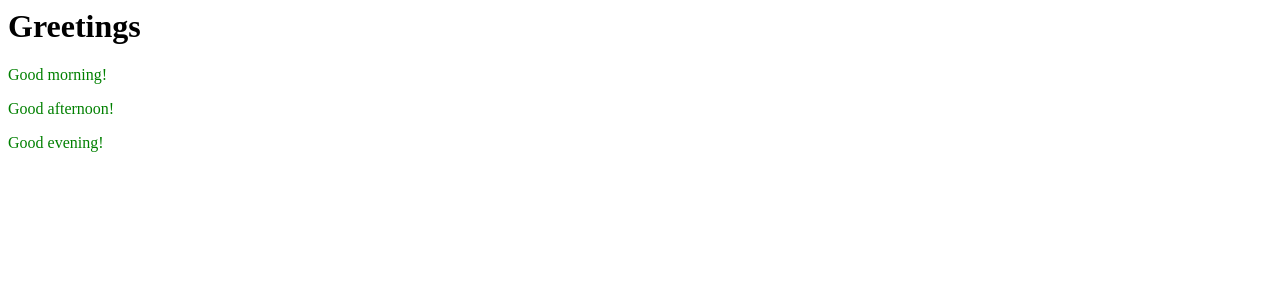
Repository: erinakatagiri/gomi
Page: test.html
The author's editor kept a record of every edit. The page is drawn from the files as they stood at one moment, then again after the next edit.
The browser window is 1280 px wide. The pictures show the whole page.

Above is the page before.

### test.html
<html>
<body>
<h1>Greetings</h1>

  <div>
    <p= class="morning">
      <style>
        .morning{
          color: green;
        }
      </style>
    Good morning!
    </p>
    <p class="afternoon">
    Good afternoon!
    </p>
    <p>
    Good evening!
    </p>
  </div>
</body>
</html>

After the next edit:
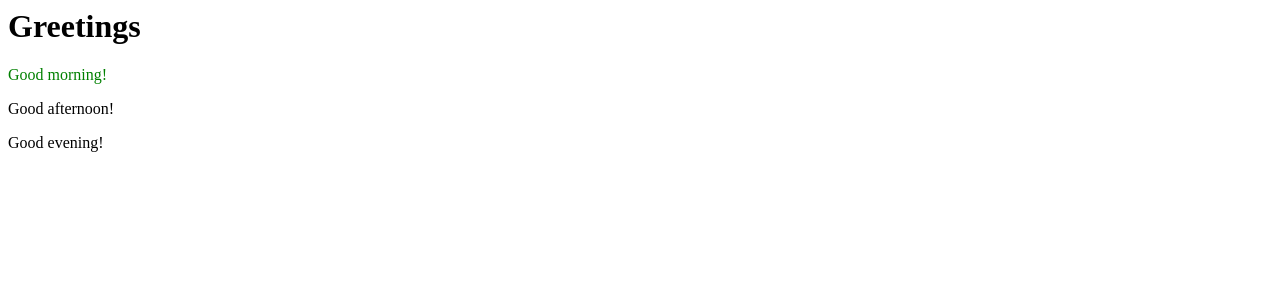
The edit:
--- a/test.html
+++ b/test.html
@@ -3,7 +3,7 @@
 <h1>Greetings</h1>
 
   <div>
-    <p= class="morning">
+    <p class="morning">
       <style>
         .morning{
           color: green;
